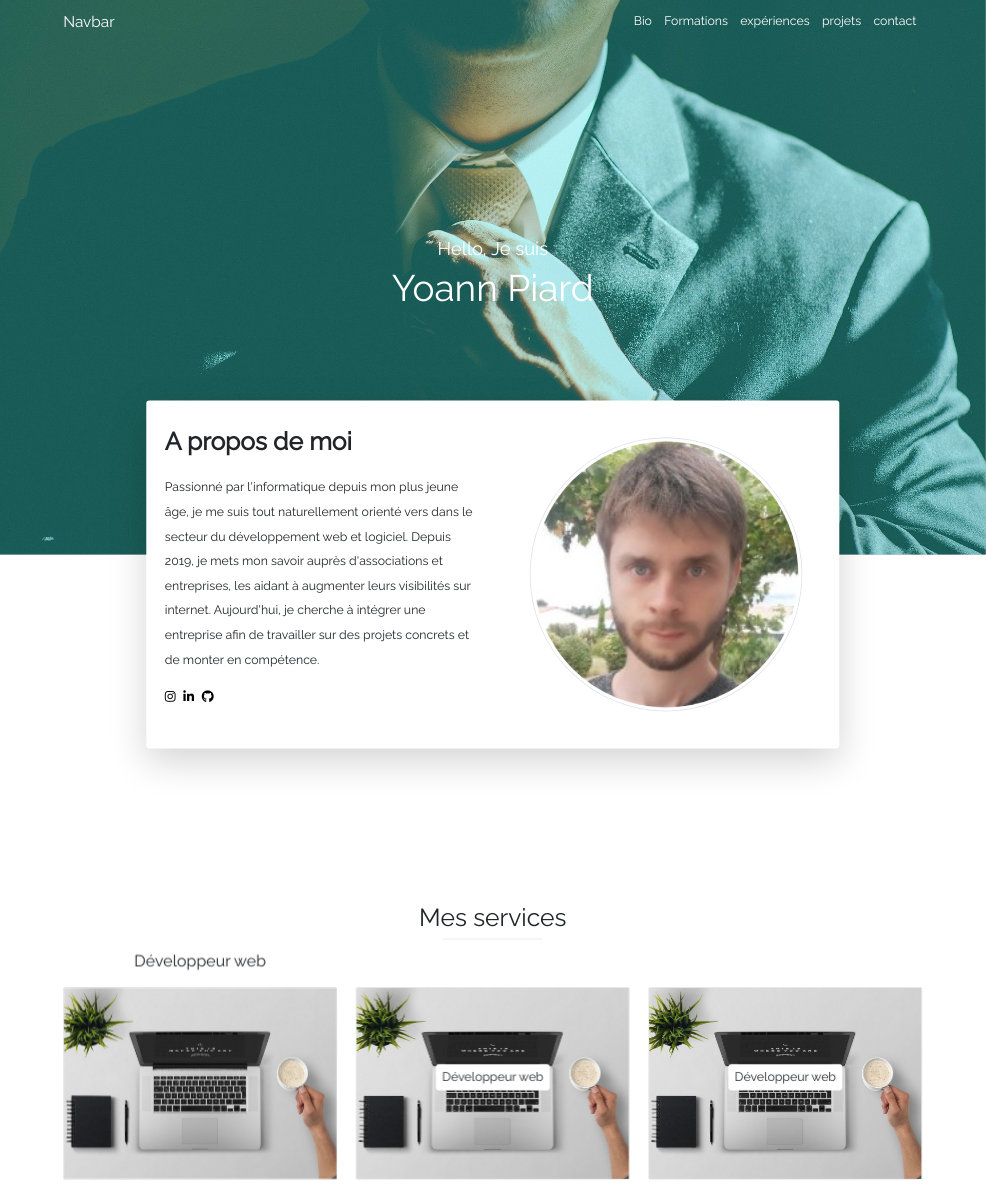
Repository: ypiard85/port-folio-bootstrap-yoann-2021
Page: index.html
An editor plug-in stored every save of this project. The page is shown before and after the next save, followed by the edit.
The browser window is 1280 px wide. The pictures show the whole page, at 77% of full size.
The pointer rests on the first visible `.card__face--front`.

Above is the page before, as saved 2021-03-09 17:35:19.
Console error: TypeError: window.onload is not a function

After the next save:
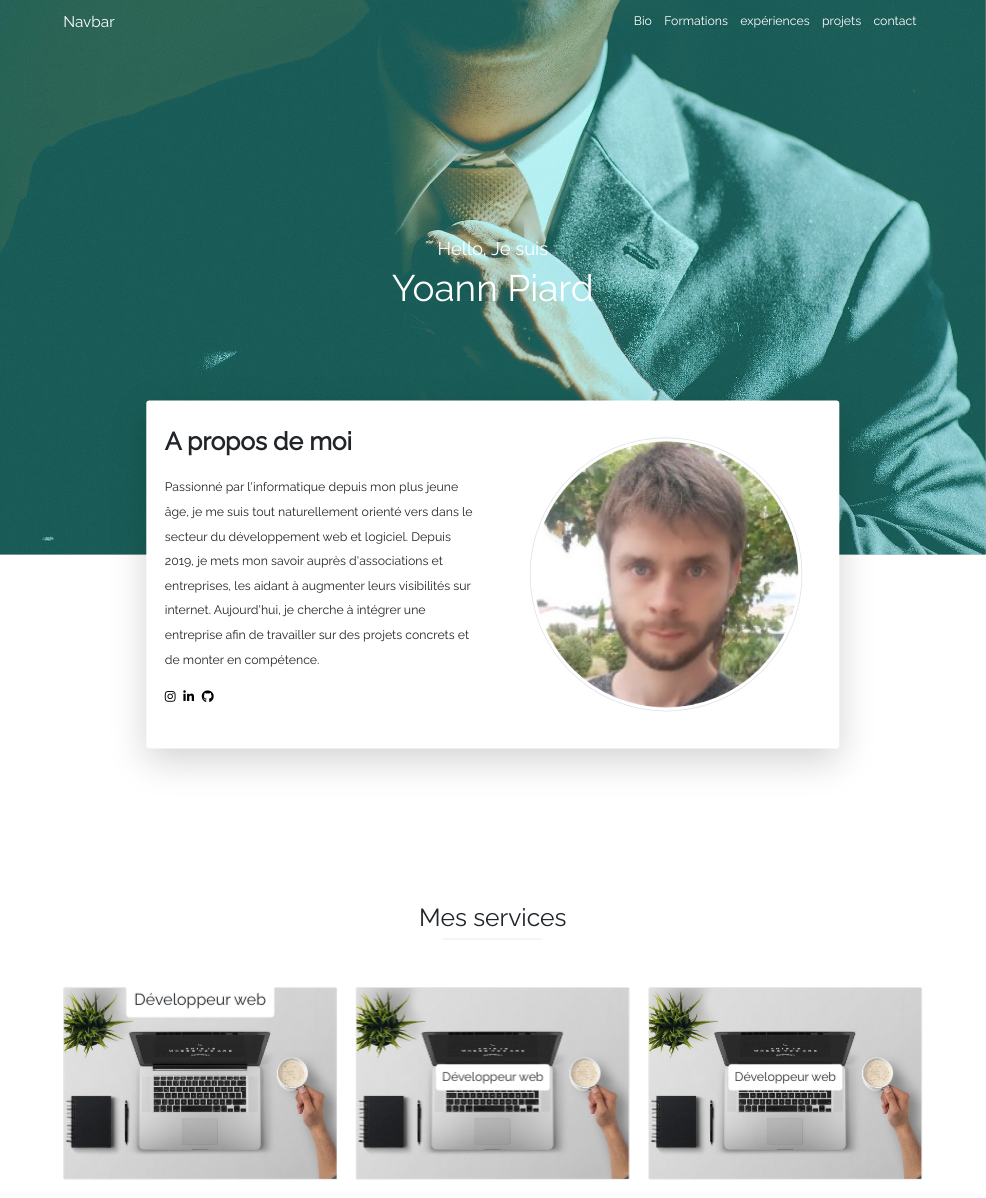
Saved 16 s later.
--- a/resource/style.css
+++ b/resource/style.css
@@ -142,7 +142,7 @@ header h1{
   }
 
   .card__face--front:hover .flipped-p{
-    transform: translateY(-150px) scale(1.3);
+    transform: translateY(-100px) scale(1.3);
     box-shadow: 0 0 50px rgba(255, 255, 255, 0.089);
     transition: transform 1s;
     transform-style: preserve-3d;
